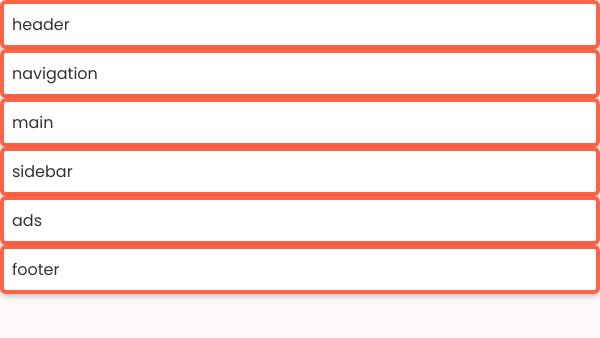
Repository: cokoduwa/css-layouts
Page: grid-exercises/03-page-layout/layout.html
The author's editor kept a copy of each file at every save. The page is drawn from the files as they stood at one save, then again after the next save.
The browser window is 600 px wide. The pictures show the whole page.

Above is the page before, as saved 2022-09-29 21:29:01.

After the next save:
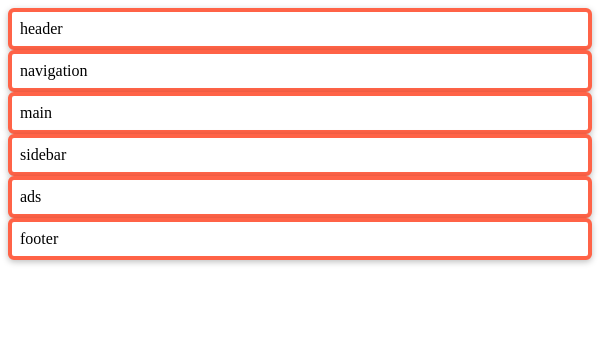
Saved 6 min 47 s later.
--- a/grid-exercises/03-page-layout/style.css
+++ b/grid-exercises/03-page-layout/style.css
@@ -1,23 +1,3 @@
-@import url("https://fonts.googleapis.com/css2?family=Poppins:wght@300;400&display=swap");
-
-/* SET UP */
-
-* {
-  box-sizing: border-box;
-}
-
-ul {
-  padding-left: 1.5rem;
-}
-
-body {
-  font-family: "Poppins", sans-serif;
-  color: #333;
-  background-color: snow;
-  margin: 0 auto;
-  max-width: 1000px;
-}
-
 .item {
   padding: 8px;
   background-color: white;
@@ -25,39 +5,3 @@ body {
   border-radius: 6px;
   box-shadow: 0px 2px 6px rgba(0, 0, 0, 0.25);
 }
-
-.height-50 {
-  height: 50vh;
-}
-
-/* Task 3 */
-
-.task-3.container {
-}
-
-.task-3 .header {
-}
-
-.task-3 .navigation {
-}
-
-.task-3 .ads {
-}
-
-.task-3 .sidebar {
-}
-
-.task-3 .main {
-}
-
-.task-3 .footer {
-}
-
-
-
-@media (max-width: 1020px) {
-}
-
-
-@media (max-width: 720px) {
-}
